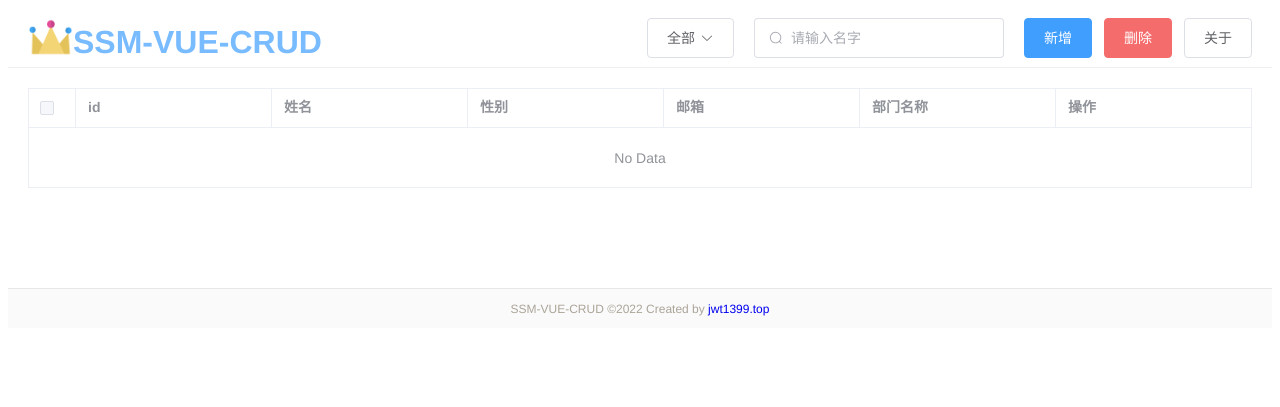
Repository: jwt1399/ssm-vue-crud
Page: / (app in ssm-crud-front/)
These files come from the project's save history. The page is drawn as it stood at one moment and after the next save; the edit follows.
The browser window is 1280 px wide. The pictures show the whole page.
The project was rebuilt for these pictures with package versions that can differ from the ones it lists, and the page was loaded fresh each time. Also part of the build but not shown: ssm-crud-front/vue.config.js.

Above is the page before, as saved 2022-06-09 12:49:35.

### ssm-crud-front/public/index.html
<!DOCTYPE html>
<html lang="zh-Hans">
  <head>
    <meta charset="utf-8">
    <meta http-equiv="X-UA-Compatible" content="IE=edge">
    <meta name="viewport" content="width=device-width,initial-scale=1.0">
    <link rel="icon" href="<%= BASE_URL %>favicon.png">
    <title><%= htmlWebpackPlugin.options.title %></title>
  </head>
  <body>
    <noscript>
      <strong>We're sorry but <%= htmlWebpackPlugin.options.title %> doesn't work properly without JavaScript enabled. Please enable it to continue.</strong>
    </noscript>
    <div id="app"></div>
    <!-- built files will be auto injected -->
  </body>
</html>

### ssm-crud-front/src/main.js
import { createApp } from 'vue'
import App from './App.vue'
import router from './router'
import ElementPlus from 'element-plus'
import 'element-plus/dist/index.css'
import * as ElementPlusIconsVue from '@element-plus/icons-vue'

const app = createApp(App)

//配置全局icon
for (const [key, component] of Object.entries(ElementPlusIconsVue)) {
    app.component(key, component)
  }

app.use(router).use(ElementPlus).mount('#app')

### ssm-crud-front/src/App.vue
<template>
  <Header/>
  <router-view/>
  <Footer/>
</template>

<script>
import Header from '@/components/Header.vue'
import Footer from '@/components/Footer.vue'
export default {
    components: {
        Header,
        Footer,
    }
}
</script>

<style>
#app {
  font-family: Avenir, Helvetica, Arial, sans-serif;
  -webkit-font-smoothing: antialiased;
  -moz-osx-font-smoothing: grayscale;
  text-align: center;
  color: #2c3e50;
}
</style>

### ssm-crud-front/src/router/index.js
import { createRouter, createWebHashHistory } from 'vue-router'
import CrudView from '../views/CrudView.vue'
const routes = [
  {
    path: '/',
    name: 'home',
    component: CrudView
  },
  {
    path: '/about',
    name: 'about',
    // route level code-splitting
    // this generates a separate chunk (about.[hash].js) for this route
    // which is lazy-loaded when the route is visited.
    component: () => import(/* webpackChunkName: "about" */ '../views/AboutView.vue')
  }
]

const router = createRouter({
  history: createWebHashHistory(),
  routes
})

export default router

### ssm-crud-front/src/components/Header.vue
<template>
 <el-header class="header">
    <div class="nav">
        <a href="/" class="nav-link">
            <img src="../assets/favicon.png" alt="logo" class="nav-logo">
            <h1 class="nav-title ">SSM-VUE-CRUD</h1>
        </a>
    </div>
    <div class="nav-item">
        <el-dropdown>
            <el-button size="large">
                全部
                <el-icon class="el-icon--right">
                    <arrow-down />
                </el-icon>
            </el-button>
            <template #dropdown>
                <el-dropdown-menu>
                    <el-dropdown-item>Action 1</el-dropdown-item>
                    <el-dropdown-item>Action 2</el-dropdown-item>
                </el-dropdown-menu>
            </template>
        </el-dropdown>

        <div class="nav-search">
            <el-input
            placeholder="请输入名字"
            v-model="search"
            size="large"
            @change="searchChange"
            clearable >
                <template #prefix>
                    <el-icon class="el-input__icon"><search /></el-icon>
                </template>
            </el-input>

        </div>
        <el-button type="primary" size="large" @click="addEmployee()">新增</el-button>
        <el-button type="danger" size="large" @click="batchDeleteEmployee()">删除</el-button>
        <!-- <router-link to='/about'> -->
        <el-button type="default" size="large" @click="skipAbout()">关于</el-button>
        <!-- </router-link> -->
    </div>
</el-header>
</template>

<script>
import { useRouter } from 'vue-router'

export default {
    name: 'Header',
    setup() {
        const router = useRouter()
        const skipAbout = ()=>{
        // window.location.href='#/about';
        // router.push({path:'about'})
        router.push({ name: 'about'})
        }
        return {
            skipAbout,
        }
    },

}


</script>



<style scoped>
.nav-logo {
	height: 45px;
	width: 45px;
	vertical-align: middle;
	display: inline-block;
}

.nav-title {
	font-size: 2rem;
	display: inline-block;
	vertical-align: middle;
	color: #79bbff;
	padding-top: 10px;
}

.nav-item {
	display: flex;
	align-items: center;
}

.nav-search {
	width: 250px;
	margin: 0 20px;
}

.header {
	display: flex;
	align-items: center;
	justify-content: space-between;
	width: 100%;
	border-bottom: 1px solid #eee;
	min-width: 800px;
}



</style>

### ssm-crud-front/src/components/Footer.vue
<template>
<el-footer class="footer">
    <span>SSM-VUE-CRUD ©2022 Created by </span>
    <a href="https://jwt1399.top" style="text-decoration: none;"> jwt1399.top</a>
 </el-footer>
</template>


<script>
export default{
    name:'Footer',
}
</script>

 <style scoped>
/* .footer { */
    /* text-align: center;  */
    /* position: relative; */
    /* margin-top: 60px; 等于footer的高度 */
    /* height: 60px; */
    /* clear:both; */
    /* background: #79bbff; */


/* }  */
.footer {
    margin-top:40px;
    height: 40px;
    width: 100%;
    text-align: center;
    line-height: 40px;
    color: #ABA498; font-size: 12px;
    background: #fafafa;
    border-top:1px solid #E7E7E7;
    }

</style>

### ssm-crud-front/src/views/CrudView.vue
<template>
    <Form/>
</template>


<script>
import Form from '@/components/Form.vue'
export default {
    name: 'CrudView',
    components: {
        Form,
    }
}
</script>

### ssm-crud-front/src/components/Form.vue
  <template>
    <el-main>
        <div class="data-table">
            <el-table :data="employeeList" border style="width: 100%" v-loading="loading"
                @selection-change="handleSelectionChange">
                <el-table-column type="selection"></el-table-column>
                <el-table-column prop="empId" label="id"></el-table-column>
                <el-table-column prop="empName" label="姓名"></el-table-column>
                <el-table-column prop="gender" label="性别" :formatter="formatterSex"></el-table-column>
                <el-table-column prop="email" label="邮箱"></el-table-column>
                <el-table-column prop="department.deptName" label="部门名称"></el-table-column>

                <el-table-column label="操作">
                    <el-button type="primary" size="large" :icon="Edit" @click="handleEdit(scope.$index, scope.row)"
                        circle>
                    </el-button>

                    <el-button type="danger" size="large" :icon="Delete" @click="handleDelete(scope.$index, scope.row)"
                        circle>
                    </el-button>
                </el-table-column>
            </el-table>
        </div>
        <div class="table-pagination">
            <el-pagination v-model:current-page="pageNum" v-model:page-size="pageSize" :page-sizes="[5, 10, 15, 20]"
                :small="small" :disabled="disabled" :background="background"
                layout="total, sizes, prev, pager, next, jumper" :total="total" @size-change="handleSizeChange"
                @current-change="handleCurrentChange" />
        </div>
    </el-main>

</template>

<script>
export default {
    name:'Form'
}
</script>



<style scoped>
.table-pagination {
	display: flex;
	justify-content: center;
	padding: 20px;
}

</style>

After the next save:
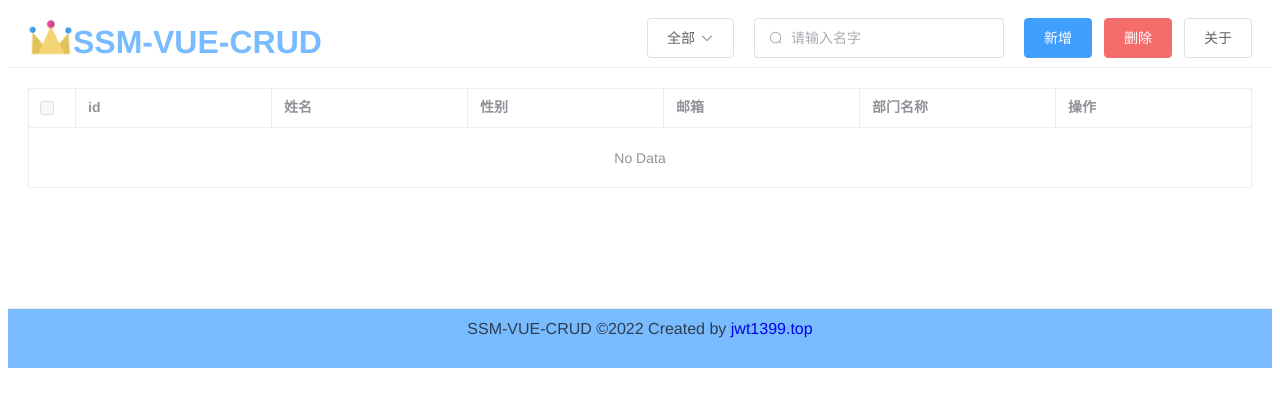
Saved 67 s later.
--- a/ssm-crud-front/src/components/Footer.vue
+++ b/ssm-crud-front/src/components/Footer.vue
@@ -13,25 +13,16 @@ export default{
 </script>
 
  <style scoped>
-/* .footer { */
-    /* text-align: center;  */
-    /* position: relative; */
-    /* margin-top: 60px; 等于footer的高度 */
-    /* height: 60px; */
-    /* clear:both; */
-    /* background: #79bbff; */
+.footer {
+    text-align: center;
+    position: relative;
+     margin-top: 60px; /*等于footer的高度 */
+    height: 60px;
+    background: #79bbff;
+    border-top:1px solid #E7E7E7;
+    line-height: 40px;
 
 
-/* }  */
-.footer {
-    margin-top:40px;
-    height: 40px;
-    width: 100%;
-    text-align: center;
-    line-height: 40px;
-    color: #ABA498; font-size: 12px;
-    background: #fafafa;
-    border-top:1px solid #E7E7E7;
-    }
+}
 
 </style>
